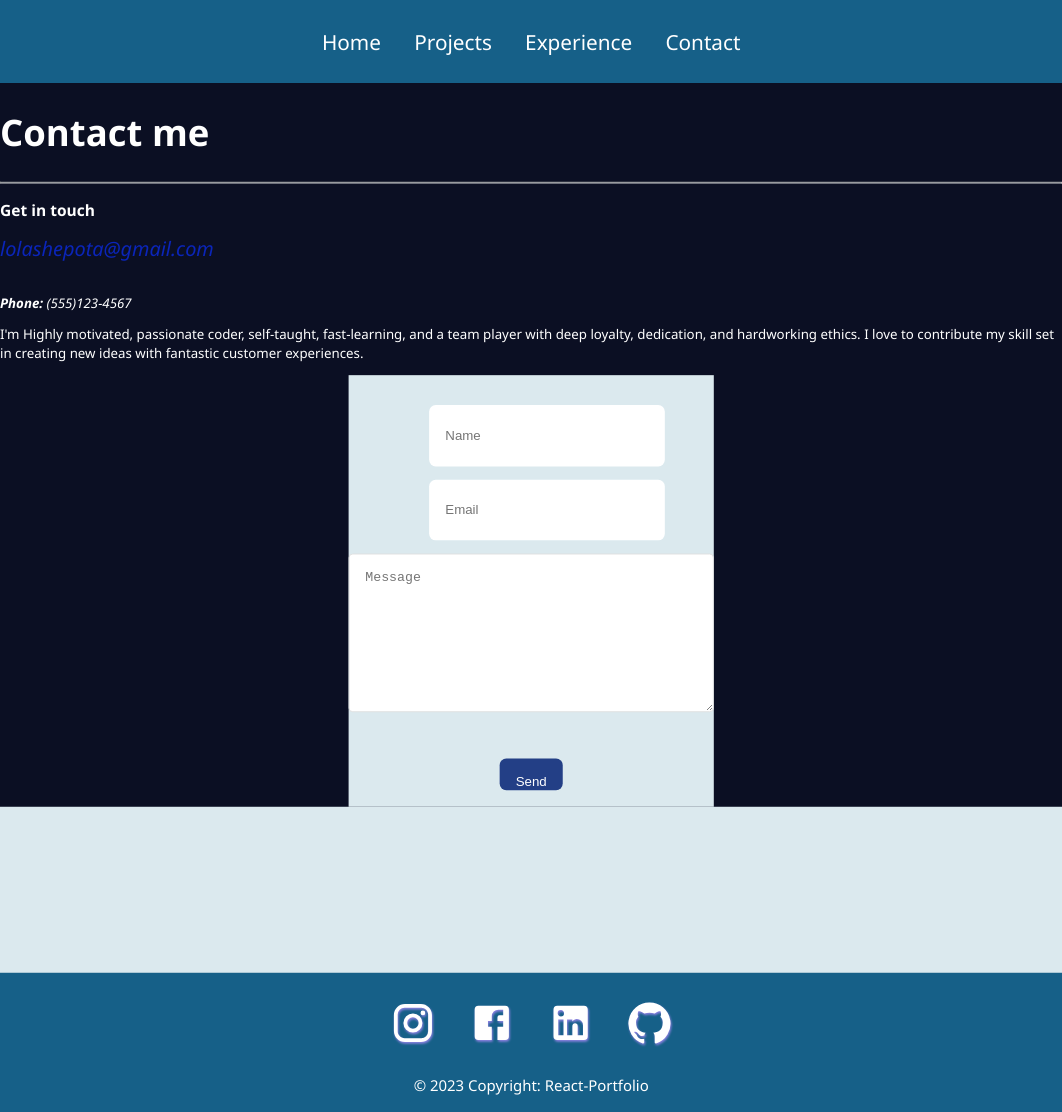
Repository: LolaSL/react-portfolio
Page: /contact
An editor plug-in stored every save of this project. The page is shown before and after the next save, followed by the edit.
The browser window is 1280 px wide. The pictures show the whole page, at 83% of full size.
The project was rebuilt for these pictures with package versions that can differ from the ones it lists, and the page was loaded fresh each time. Also part of the build but not shown: src/pages/Home/Style.css, src/pages/Home/Home.jsx, src/components/ProjectItem/Style.css, src/components/ProjectItem/ProjectItem.jsx, src/helpers/ProjectList.js, src/pages/Projects/Style.css, src/pages/Projects/Projects.jsx, src/pages/Experience/Style.css and 2 more.

Above is the page before, as saved 2023-09-27 17:46:41.

After the next save:
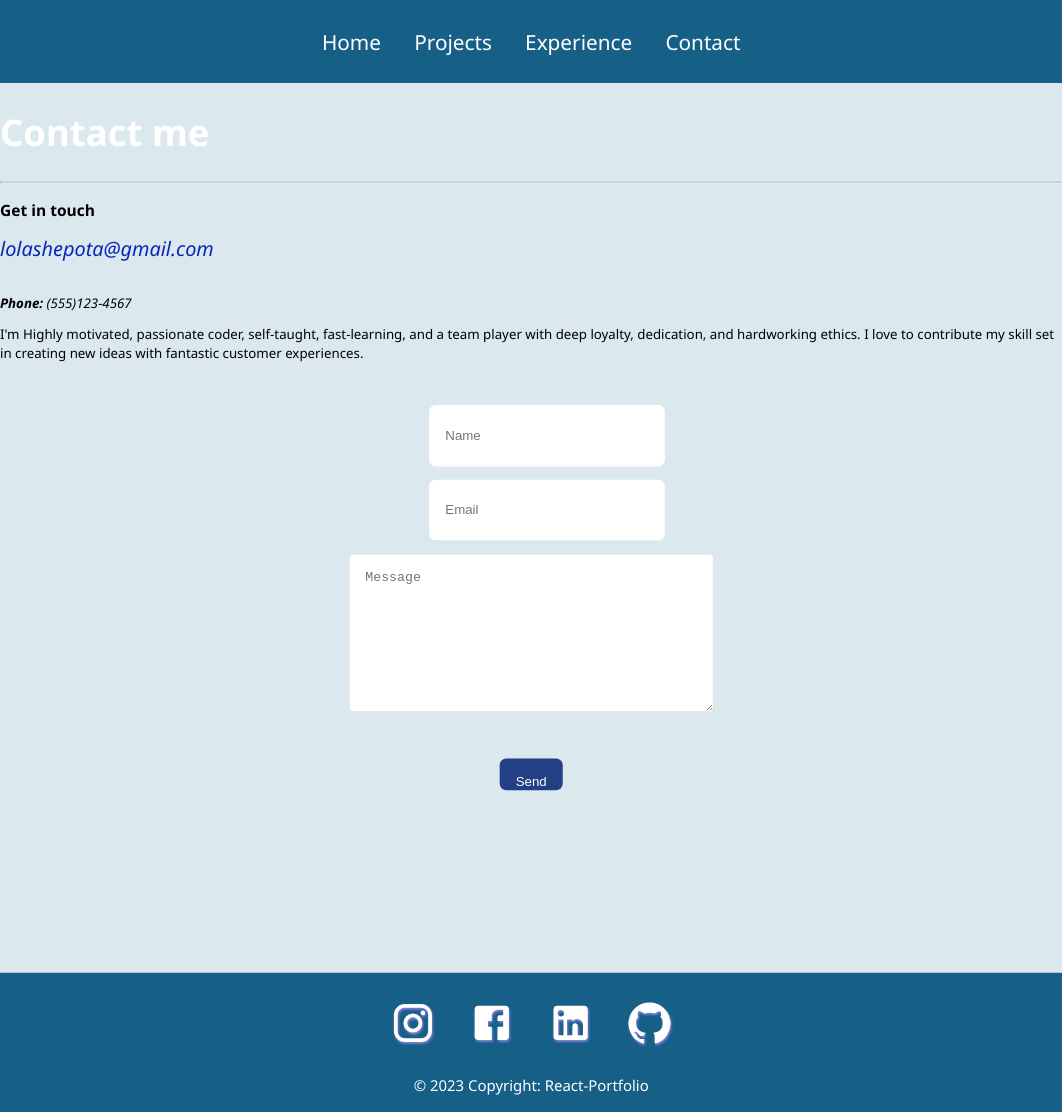
Saved 40 s later.
--- a/src/pages/Contact/Style.css
+++ b/src/pages/Contact/Style.css
@@ -1,5 +1,5 @@
 .container {
-  background-color:#0b0f23;
+  background-color:#0b0f23
   color:white;
 }
 .contact-form {
